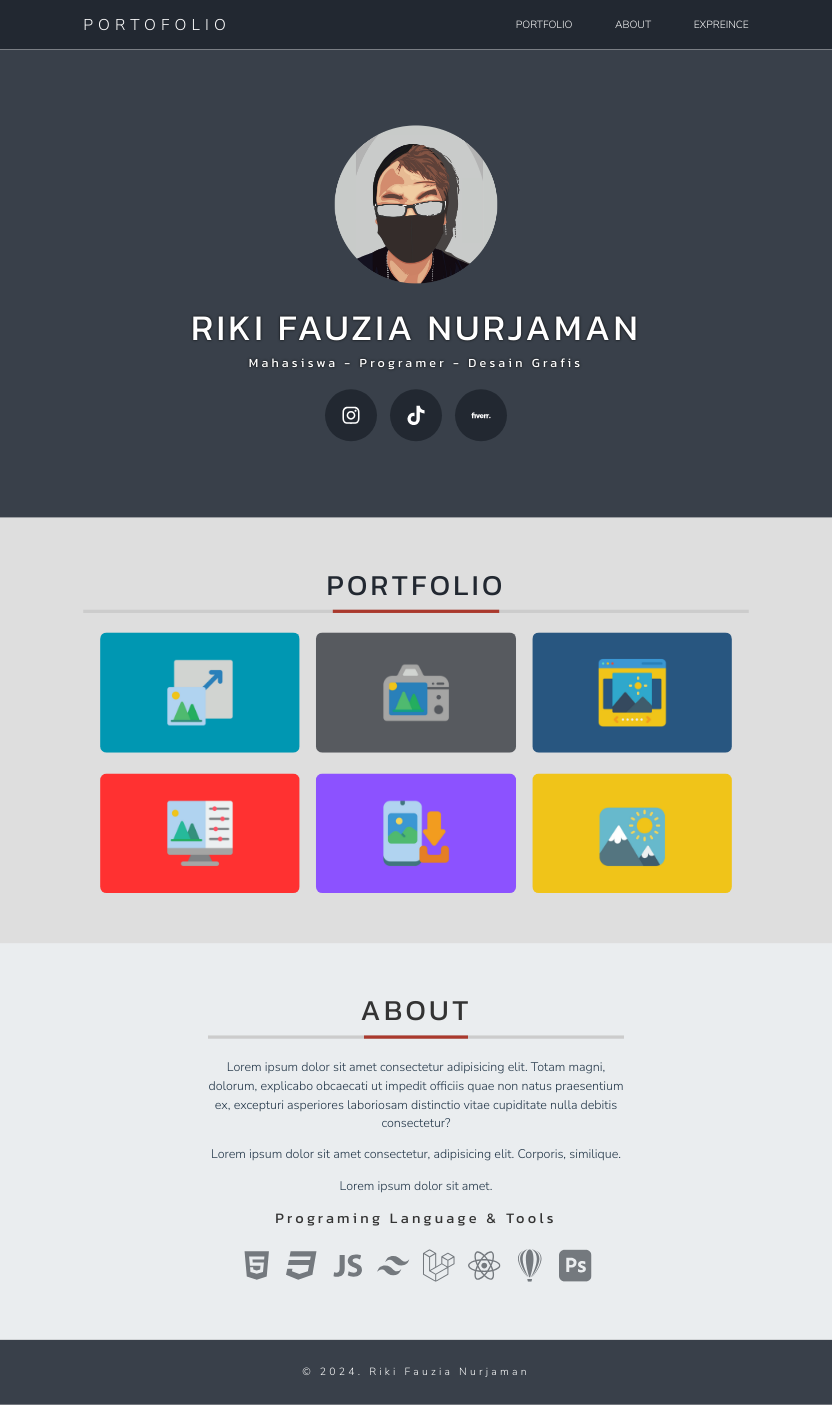
Repository: sellayspy/Portofolio
Page: /
These files come from the project's save history. The page is drawn as it stood at one moment and after the next save; the edit follows.
The browser window is 1280 px wide. The pictures show the whole page, at 65% of full size.
The project was rebuilt for these pictures with package versions that can differ from the ones it lists, and the page was loaded fresh each time. Also part of the build but not shown: vite.config.js, src/styles/DetailPortfolio.css, src/components/ScrollToTop.jsx, src/pages/DetailPortfolio.jsx, src/pages/PagesNotFound.jsx, src/pages/Experience.jsx.

Above is the page before, as saved 2024-09-13 23:16:04.

After the next save:
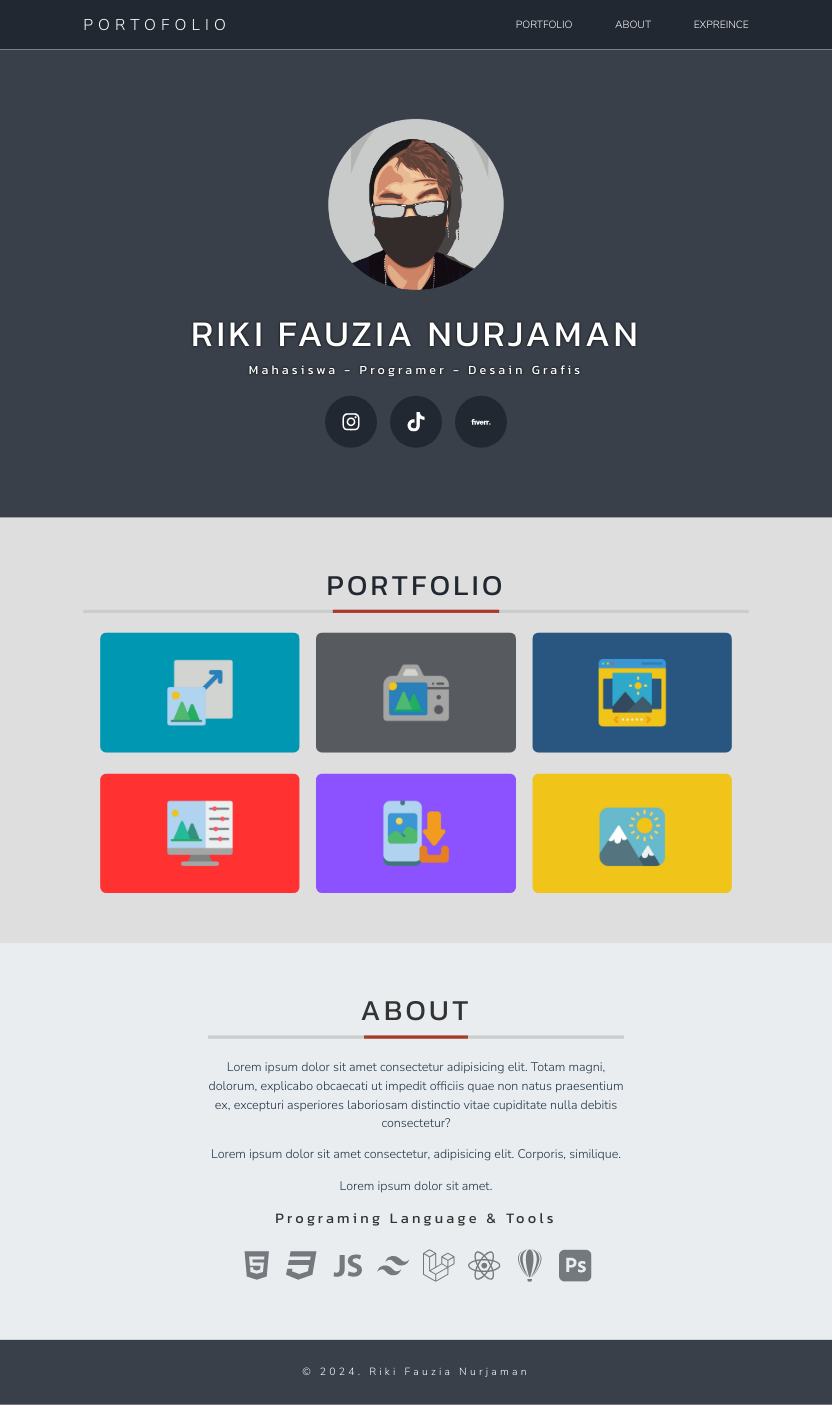
Saved 18 s later.
--- a/src/styles/Header.css
+++ b/src/styles/Header.css
@@ -21,7 +21,7 @@ header {
   text-align: center;
 }
 .header-jumbotron > img {
-  width: 250px;
+  width: 270px;
 }
 .header-jumbotron > h3 {
   color: #fff;
